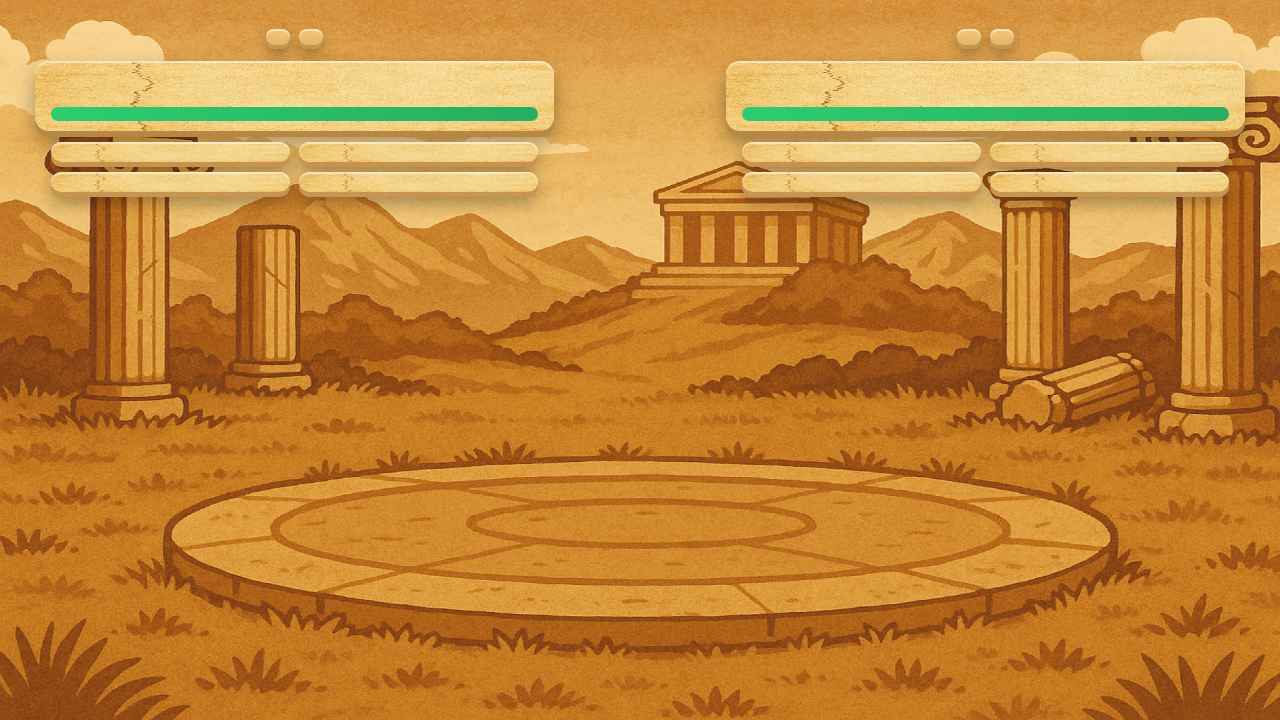
Repository: brianabariteau/Web-1-Final-Project-2025
Page: features/game/game.html
The author's editor kept a copy of each file at every save. The page is drawn from the files as they stood at one save, then again after the next save.
The browser window is 1280 px wide. The pictures show the whole page.
Some web fonts or font styles are not loaded; a fallback is used.

Above is the page before, as saved 2025-12-23 19:04:27.

After the next save:
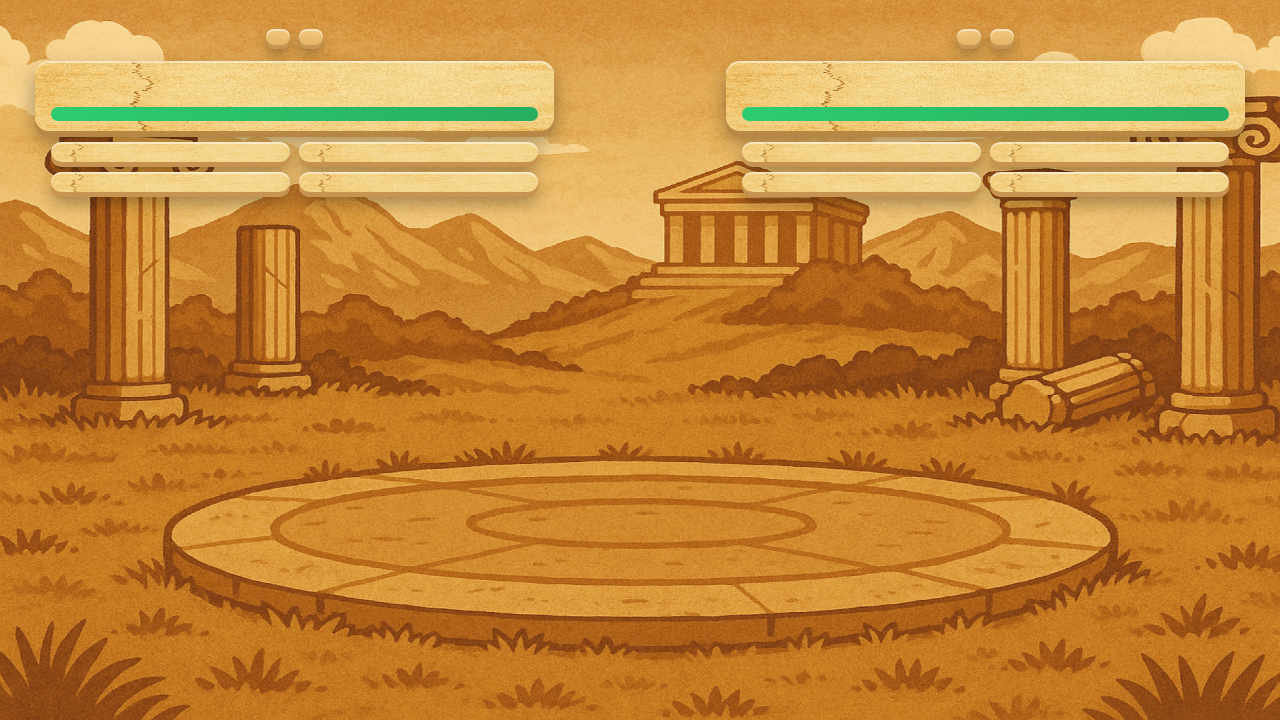
Saved 9 s later.
--- a/features/game/game.css
+++ b/features/game/game.css
@@ -153,7 +153,7 @@ body {
   transition: transform 0.12s ease, box-shadow 0.12s ease;
 
   background-image: url("../character-selection/assets/parchment-background.png");
-  background-size: 150% 150%;
+  background-size: 200% 200%;
   background-repeat: no-repeat;
   background-position: center;
 }
